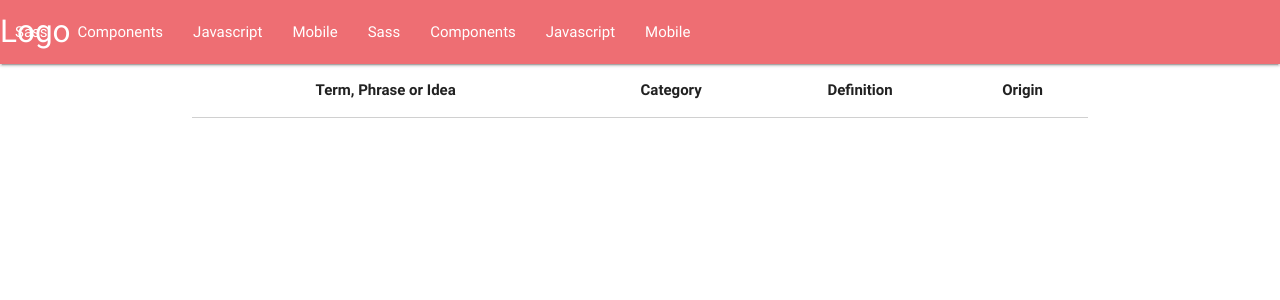
Repository: kalkiboru111/irish-dictionary-of-received-ideas
Page: http://localhost/
The author's editor kept a record of every edit. The page is drawn from the files as they stood at one moment, then again after the next edit.
The browser window is 1280 px wide. The pictures show the whole page.
Some web libraries are served in a nearby version. The page is served by the project's application, run on Flask 3 (app.py). Queries for data that is not in the repository find no rows.

Above is the page before.
Console error: TypeError: $(...).formSelect is not a function

### templates/terms.html

{% extends 'base.html' %}
{% block content %}

    <table class="highlight centered responsive-table">
        <thead>
          <tr>
              <th>Term, Phrase or Idea</th>
              <th>Category</th>
              <th>Definition</th>
              <th>Origin</th>
          </tr>
        </thead>
        <tbody>
        {% for term in terms %}
          <tr>
            <td>{{term.term_name}}</td>
            <td>{{term.term_category}}</td>
            <td>{{term.term_definition}}</td>
            <td>{{term.term_origin}}</td>
          </tr>
         {% endfor %}
        </tbody>
    </table>

{% endblock %}

### templates/base.html
<!DOCTYPE html>
<html>

<head>
    <link href="https://fonts.googleapis.com/icon?family=Material+Icons" rel="stylesheet">
    <link rel="stylesheet" href="https://cdnjs.cloudflare.com/ajax/libs/materialize/0.100.2/css/materialize.min.css">
    <link rel="stylesheet" href="{{url_for('static', filename='css/style.css')}}" type="text/css" />
    <script src="https://kit.fontawesome.com/845efe5847.js"></script>
</head>

<body>
    <header>
        <nav class="nav-extended">
            <div class="nav-wrapper">
                <a href="{{url_for('get_terms')}}" class="brand-logo">Logo</a>
                <a href="#" data-target="mobile-demo" class="sidenav-trigger"><i class="material-icons hide-on-med-and-up">menu</i></a>
                <ul class="hide-on-med-and-down">
                    <li><a href="sass.html">Sass</a></li>
                    <li><a href="badges.html">Components</a></li>
                    <li><a href="collapsible.html">Javascript</a></li>
                    <li><a href="mobile.html">Mobile</a></li>
                </ul>
                <ul class="sidenav" id="mobile-demo">
                    <li><a href="sass.html">Sass</a></li>
                    <li><a href="badges.html">Components</a></li>
                    <li><a href="collapsible.html">Javascript</a></li>
                    <li><a href="mobile.html">Mobile</a></li>
                </ul>
            </div>
        </nav>

    </header>
    <div class="container">
        {% block content %} {% endblock %}
    </div>
    <script src="https://cdnjs.cloudflare.com/ajax/libs/jquery/3.2.1/jquery.min.js"></script>
    <script src="https://cdnjs.cloudflare.com/ajax/libs/materialize/0.100.2/js/materialize.min.js"></script>
    <script type="text/javascript">
        $(document).ready(function() {
            $('select').formSelect();
            $('.sidenav').sidenav();

        });
    </script>

</body>

</html>

### app.py
import os
from flask import Flask, render_template, redirect, request, url_for
from flask_pymongo import PyMongo
from bson.objectid import ObjectId

app = Flask(__name__)

app.config['MONGO_DBNAME'] = 'irish_dictionary'
app.config["MONGO_URI"] = os.getenv("MONGO_URI")

mongo = PyMongo(app)

@app.route('/')

# View directs user to terms page
@app.route('/get_terms')
def get_terms():
    return render_template("terms.html",
    terms=mongo.db.terms.find())

@app.route('/add_term')
def add_term():
    return render_template("add_term.html",
    categories=mongo.db.categories.find())

@app.route('/insert_term', methods=['POST'])
def insert_term():
    terms = mongo.db.terms
    terms.insert_one(request.form.to_dict())
    return redirect(url_for('get_terms'))

@app.route('/edit_term/<term_id>')
def editterm(term_id):
    the_term =  mongo.db.terms.find_one({"_id": ObjectId(term_id)})
    all_categories =  mongo.db.categories.find()
    return render_template('editterm.html', term=the_term,
                           categories=all_categories)

@app.route('/update_term/<term_id>', methods=['POST'])
def update_term(term_id):
    terms = mongo.db.terms
    terms.update( {"_id": ObjectId(term_id)},
    {   'term_name':request.form.get('term_name'),
        'category_name':request.form.get('category_name'),
        'term_definition': request.form.get('term_definition'),
        'term_origin':request.form.get('term_origin')
    })
    return redirect(url_for('get_terms'))

@app.route('/delete_term/<term_id>')
def delete_term(term_id):
    mongo.db.terms.remove({"_id": ObjectId(term_id)})
    return redirect(url_for('get_terms'))

if __name__ == '__main__':
    app.run(host=os.environ.get('IP'),
            port=int(os.environ.get('PORT')),
            debug=True)

### static/css/style.css
/* body {
    background-color: red;
}

After the next edit:
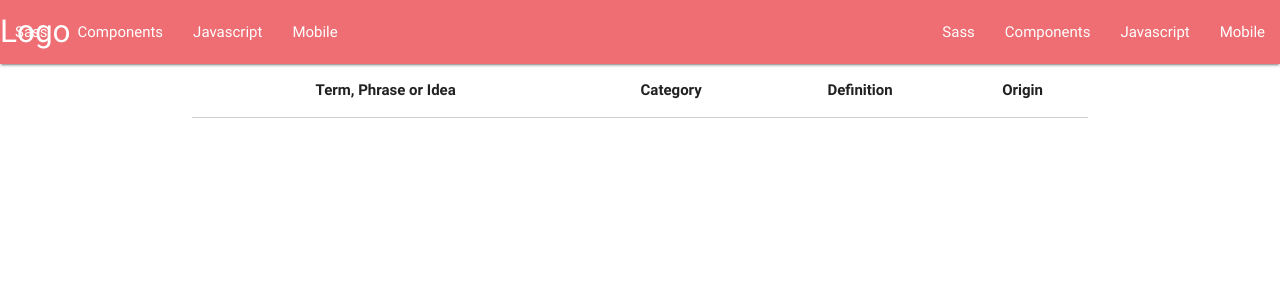
The edit:
--- a/templates/base.html
+++ b/templates/base.html
@@ -14,7 +14,7 @@
             <div class="nav-wrapper">
                 <a href="{{url_for('get_terms')}}" class="brand-logo">Logo</a>
                 <a href="#" data-target="mobile-demo" class="sidenav-trigger"><i class="material-icons hide-on-med-and-up">menu</i></a>
-                <ul class="hide-on-med-and-down">
+                <ul class="right hide-on-med-and-down">
                     <li><a href="sass.html">Sass</a></li>
                     <li><a href="badges.html">Components</a></li>
                     <li><a href="collapsible.html">Javascript</a></li>
